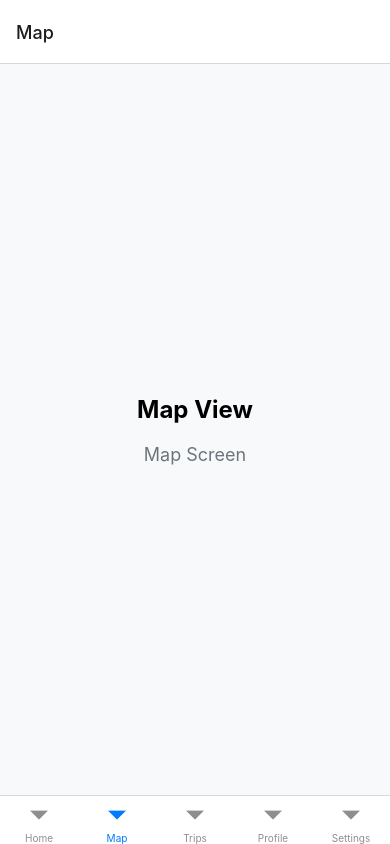
Repository: JordanShackelford/TruckFleet360
Screen: /Map
These files come from the project's save history. The screen is drawn as it stood at one moment and after the next save; the edit follows.
The app was drawn by React Native's web renderer in a window 390 px wide. The project was rebuilt for these pictures with package versions that can differ from the ones it lists, and the page was loaded fresh each time. Also part of the build but not shown: src/screens/ProfileScreen.js, src/screens/TripsScreen.js, src/screens/SettingsScreen.js.

Above is the screen before, as saved 2024-07-01 22:10:00.

### App.js
import React from 'react';
import { Text, View } from 'react-native';
import AppNavigator from './src/navigation/AppNavigator';

export default function App() {
  try {
    return <AppNavigator />;
  } catch (error) {
    return (
      <View style={{ flex: 1, justifyContent: 'center', alignItems: 'center' }}>
        <Text>An error occurred: {error.message}</Text>
      </View>
    );
  }
}

### src/navigation/AppNavigator.js
import React from 'react';
import { NavigationContainer } from '@react-navigation/native';
import { createBottomTabNavigator } from '@react-navigation/bottom-tabs';
import { createStackNavigator } from '@react-navigation/stack';

import HomeScreen from '../screens/HomeScreen';
import ProfileScreen from '../screens/ProfileScreen';
import MapScreen from '../screens/MapScreen';
import TripsScreen from '../screens/TripsScreen';
import SettingsScreen from '../screens/SettingsScreen';

const Tab = createBottomTabNavigator();
const Stack = createStackNavigator();

function MainTabNavigator() {
  return (
    <Tab.Navigator>
      <Tab.Screen name="Home" component={HomeScreen} />
      <Tab.Screen name="Map" component={MapScreen} />
      <Tab.Screen name="Trips" component={TripsScreen} />
      <Tab.Screen name="Profile" component={ProfileScreen} />
      <Tab.Screen name="Settings" component={SettingsScreen} />
    </Tab.Navigator>
  );
}

function AppNavigator() {
  return (
    <NavigationContainer>
      <Stack.Navigator>
        <Stack.Screen
          name="Main"
          component={MainTabNavigator}
          options={{ headerShown: false }}
        />
      </Stack.Navigator>
    </NavigationContainer>
  );
}

export default AppNavigator;

### src/screens/HomeScreen.js
import React from 'react';
import { View, Text, StyleSheet, TouchableOpacity, ImageBackground } from 'react-native';
import { LinearGradient } from 'expo-linear-gradient';

function HomeScreen() {
  return (
    <ImageBackground
      source={require('../../assets/futuristic-highway.jpg')}
      style={styles.container}
    >
      <LinearGradient
        colors={['rgba(0,0,0,0.8)', 'transparent']}
        style={styles.overlay}
      >
        <Text style={styles.title}>TruckFleet360</Text>
        <Text style={styles.subtitle}>The Future of Trucking</Text>
        <View style={styles.statsContainer}>
          <StatBox title="Efficiency" value="98%" />
          <StatBox title="Miles Today" value="342" />
          <StatBox title="Fuel Saved" value="12%" />
        </View>
        <TouchableOpacity style={styles.startButton}>
          <Text style={styles.buttonText}>Start New Trip</Text>
        </TouchableOpacity>
      </LinearGradient>
    </ImageBackground>
  );
}

function StatBox({ title, value }) {
  return (
    <View style={styles.statBox}>
      <Text style={styles.statTitle}>{title}</Text>
      <Text style={styles.statValue}>{value}</Text>
    </View>
  );
}

const styles = StyleSheet.create({
  container: {
    flex: 1,
    width: '100%',
    height: '100%',
  },
  overlay: {
    flex: 1,
    padding: 20,
    justifyContent: 'center',
    alignItems: 'center',
  },
  title: {
    fontSize: 40,
    fontWeight: 'bold',
    color: '#00FFFF',
    textShadowColor: 'rgba(0, 255, 255, 0.75)',
    textShadowOffset: {width: -1, height: 1},
    textShadowRadius: 10
  },
  subtitle: {
    fontSize: 18,
    color: '#FFFFFF',
    marginBottom: 40,
  },
  statsContainer: {
    flexDirection: 'row',
    justifyContent: 'space-around',
    width: '100%',
    marginBottom: 40,
  },
  statBox: {
    backgroundColor: 'rgba(0, 0, 0, 0.5)',
    borderRadius: 10,
    padding: 15,
    alignItems: 'center',
  },
  statTitle: {
    color: '#FFFFFF',
    fontSize: 14,
  },
  statValue: {
    color: '#00FFFF',
    fontSize: 24,
    fontWeight: 'bold',
  },
  startButton: {
    backgroundColor: '#FF00FF',
    paddingVertical: 15,
    paddingHorizontal: 30,
    borderRadius: 30,
  },
  buttonText: {
    color: '#FFFFFF',
    fontSize: 18,
    fontWeight: 'bold',
  },
});

export default HomeScreen;

### src/screens/MapScreen.js
import React from 'react';
import { View, Text, StyleSheet } from 'react-native';

function MapScreen() {
  return (
    <View style={styles.container}>
      <Text style={styles.title}>Map View</Text>
      <Text style={styles.text}>Map Screen</Text>
    </View>
  );
}

const styles = StyleSheet.create({
  container: {
    flex: 1,
    justifyContent: 'center',
    alignItems: 'center',
    backgroundColor: '#f8f9fa',
  },
  title: {
    fontSize: 24,
    fontWeight: 'bold',
    marginBottom: 20,
  },
  text: {
    fontSize: 18,
    color: '#6c757d',
  },
});

export default MapScreen;

After the next save:
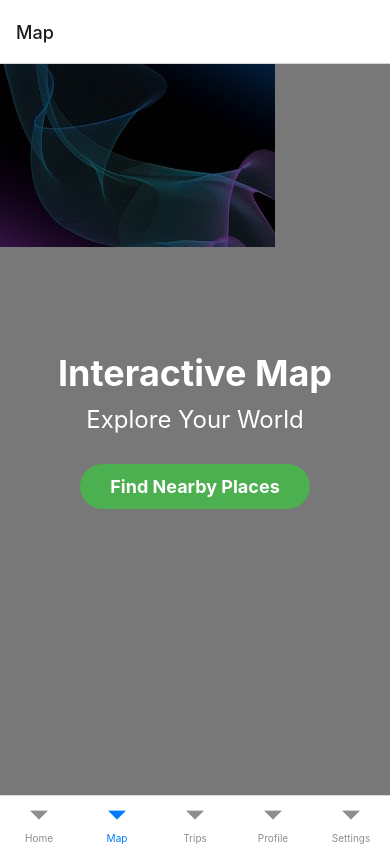
Saved 8 min 18 s later.
--- a/src/screens/MapScreen.js
+++ b/src/screens/MapScreen.js
@@ -1,30 +1,62 @@
 import React from 'react';
-import { View, Text, StyleSheet } from 'react-native';
+import { View, Text, StyleSheet, ImageBackground, TouchableOpacity } from 'react-native';
 
 function MapScreen() {
   return (
-    <View style={styles.container}>
-      <Text style={styles.title}>Map View</Text>
-      <Text style={styles.text}>Map Screen</Text>
-    </View>
+    <ImageBackground
+      source={require('./assets/background.jpg')}
+      style={styles.background}
+      resizeMode="cover"
+    >
+      <View style={styles.container}>
+        <Text style={styles.title}>Interactive Map</Text>
+        <Text style={styles.subtitle}>Explore Your World</Text>
+        <TouchableOpacity style={styles.button}>
+          <Text style={styles.buttonText}>Find Nearby Places</Text>
+        </TouchableOpacity>
+      </View>
+    </ImageBackground>
   );
 }
 
 const styles = StyleSheet.create({
+  background: {
+    flex: 1,
+    justifyContent: 'center',
+    alignItems: 'center',
+  },
   container: {
     flex: 1,
     justifyContent: 'center',
     alignItems: 'center',
-    backgroundColor: '#f8f9fa',
+    backgroundColor: 'rgba(0,0,0,0.5)',
+    padding: 20,
+    width: '100%',
   },
   title: {
+    fontSize: 36,
+    fontWeight: 'bold',
+    color: '#fff',
+    marginBottom: 10,
+    textAlign: 'center',
+  },
+  subtitle: {
     fontSize: 24,
+    color: '#fff',
+    marginBottom: 30,
+    textAlign: 'center',
+  },
+  button: {
+    backgroundColor: '#4CAF50',
+    paddingVertical: 12,
+    paddingHorizontal: 30,
+    borderRadius: 25,
+  },
+  buttonText: {
+    fontSize: 18,
+    color: '#fff',
     fontWeight: 'bold',
-    marginBottom: 20,
-  },
-  text: {
-    fontSize: 18,
-    color: '#6c757d',
+    textAlign: 'center',
   },
 });
 
